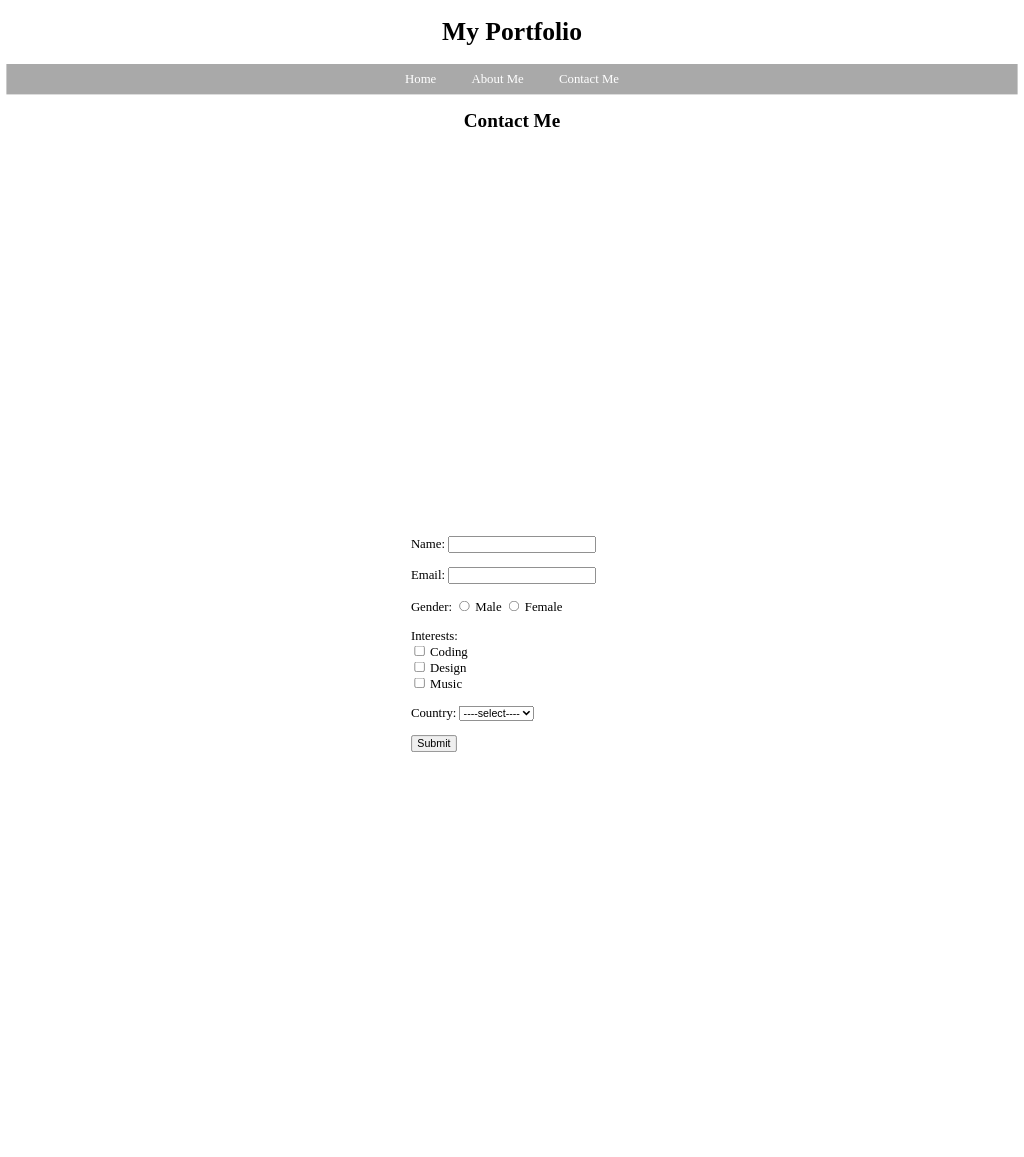
Repository: harshitanthal1/my_portfolio
Page: public/contactme.html
The author's editor kept a copy of each file at every save. The page is drawn from the files as they stood at one save, then again after the next save.
The browser window is 1280 px wide. The pictures show the whole page, at 80% of full size.

Above is the page before, as saved 2024-02-04 11:20:54.

After the next save:
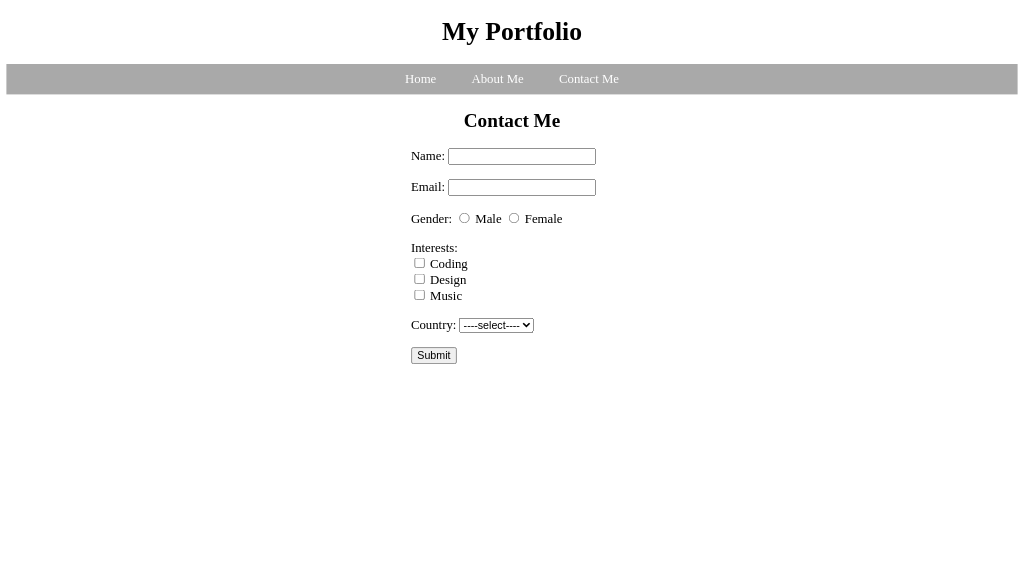
Saved 25 s later.
--- a/styles/styles.css
+++ b/styles/styles.css
@@ -73,6 +73,6 @@ h2 {
 }
 
 form {
-    margin: 40%;
+    margin-left: 40%;
 
 }
